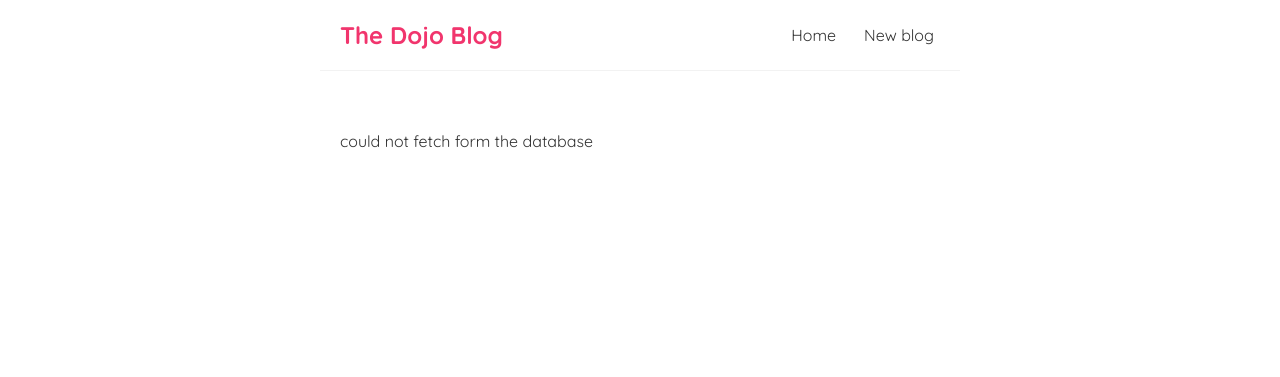
Repository: Samkiroko/full-reacr-ninja
Page: /
The author's editor kept a copy of each file at every save. The page is drawn from the files as they stood at one save, then again after the next save.
The browser window is 1280 px wide. The pictures show the whole page.
The project was rebuilt for these pictures with package versions that can differ from the ones it lists, and the page was loaded fresh each time. Requests to the local data server were answered from the project's data file.

Above is the page before, as saved 2021-07-20 09:06:57.

After the next save:
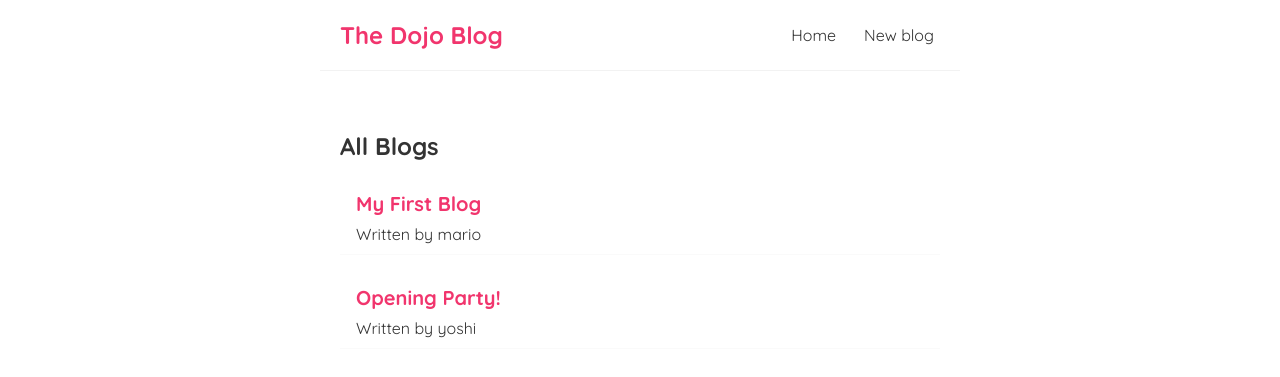
Saved 62 s later.
--- a/src/Home.js
+++ b/src/Home.js
@@ -9,7 +9,7 @@ const Home = () => {
   useEffect(() => {
     fetch(' http://localhost:8000/blogs')
       .then((res) => {
-        if (res.ok) {
+        if (!res.ok) {
           throw Error('could not fetch form the database')
         }
         return res.json()
